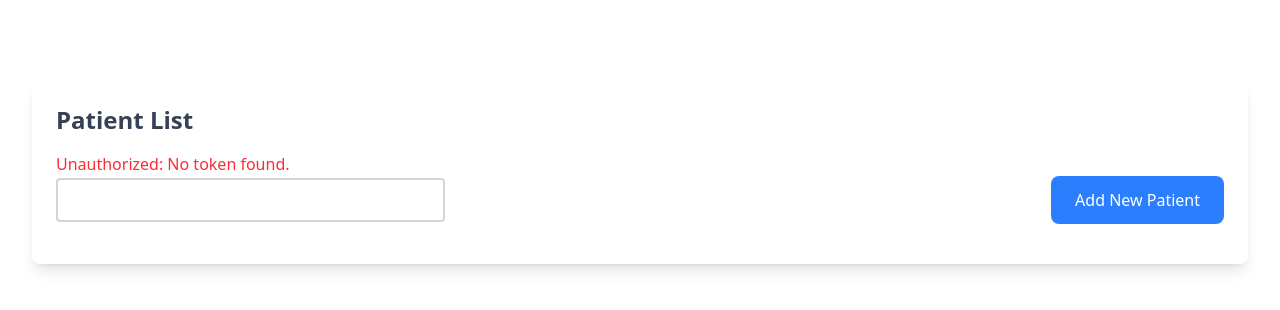
Repository: AnksapuramHarsha/nest_frontend_users
Page: /patients_list
An editor plug-in stored every save of this project. The page is shown before and after a run of saves, followed by the edit.
The browser window is 1280 px wide. The pictures show the whole page.
The project was rebuilt for these pictures with package versions that can differ from the ones it lists, and the page was loaded fresh each time. Also part of the build but not shown: vite.config.ts, src/apis/api.ts, src/pages/Login.tsx, src/pages/Dashboard.tsx, src/components/Navbar.tsx, src/components/UserList.tsx, src/pages/Register.tsx, src/pages/HomePage.tsx.

Above is the page before, as saved 2025-03-12 15:37:10.

### src/main.tsx
import { StrictMode } from 'react';
import { createRoot } from 'react-dom/client'; // For React 18
import './index.css'; // Your styles
import App from './App'; // Import your main App component
import { AuthProvider } from './contexts/AuthContext'; // Ensure the correct import path

// Ensure your 'root' element exists in your index.html file
const rootElement = document.getElementById('root') as HTMLElement;

createRoot(rootElement).render(
  <StrictMode>
    <AuthProvider>
      <App />
    </AuthProvider>
  </StrictMode>
);

### src/App.tsx
import { BrowserRouter as Router, Route, Routes } from 'react-router-dom';
import { ToastContainer } from "react-toastify"; // ✅ Import ToastContainer
import "react-toastify/dist/ReactToastify.css";
import {useAuth } from './contexts/AuthContext';
import Login from './pages/Login';
import Dashboard from './pages/Dashboard';
import Navbar from './components/Navbar';
import UserList from './components/UserList';
import Register from './pages/Register';
import HomePage from './pages/HomePage';
import PatientPage from './pages/PatientPage';

function App() {
  const { accessToken } = useAuth();

  return (

      <Router>
        {/* Render Navbar only if accessToken exists (user is logged in) */}
        {accessToken && <Navbar />}

        <Routes>
          <Route path="/" element={<HomePage/>} />
          <Route path="/login" element={<Login />} />
          <Route path="/register" element={<Register/>} />
          <Route path="/dashboard" element={<Dashboard />} />
          <Route path="/userlist" element={<UserList />} />
          <Route path="/patients_list" element={<PatientPage />} />
        </Routes>
        <ToastContainer position="top-right" autoClose={3000} hideProgressBar />
      </Router>

  );
}

export default App;

### src/contexts/AuthContext.tsx
import { createContext, useState, useContext, ReactNode } from 'react';

interface AuthContextType {
  accessToken: string | null;
  setAccessToken: (token: string | null) => void;
  user: any;
  setUser: (user: any) => void;
}

const AuthContext = createContext<AuthContextType | undefined>(undefined);

export const AuthProvider = ({ children }: { children: ReactNode }) => {
  const [accessToken, setAccessToken] = useState<string | null>(sessionStorage.getItem('accessToken') || null);
  const [user, setUser] = useState<any>(JSON.parse(sessionStorage.getItem('user') || 'null'));

  return (
    <AuthContext.Provider value={{ accessToken, setAccessToken, user, setUser }}>
      {children}
    </AuthContext.Provider>
  );
};

export const useAuth = (): AuthContextType => {
  const context = useContext(AuthContext);
  if (!context) {
    throw new Error('useAuth must be used within an AuthProvider');
  }
  return context;
};

### src/pages/PatientPage.tsx


// const PatientPage = () => {

//   return (
//     <div className="pt-20">
//       <h1>PatientList</h1>
//     </div>
//   )
// }

// export default PatientPage
import React from "react";
import PatientList from "../components/PatientList";
// import { useSearchParams } from "react-router-dom";

const PatientPage: React.FC = () => {
//   const [searchParams] = useSearchParams();
//   const networkId = searchParams.get("networkId") || "";
    const networkId = "550e8400-e29b-41d4-a716-446655440000"

  return (
    <div className="p-8 pt-20">
      {networkId ? (
        <PatientList networkId={networkId} />
      ) : (
        <p className="text-red-500">No Network ID provided.</p>
      )}
    </div>
  );
};

export default PatientPage;

### src/components/PatientList.tsx
import React, { useEffect, useState } from "react";
import { fetchPatientsByNetwork, deletePatient, updatePatient } from "../apis/patientApi";
import { Patient } from "../types/patient";
import { useAuth } from "../contexts/AuthContext";
import { toast } from "react-toastify";
import "react-toastify/dist/ReactToastify.css";
import { Link } from "react-router-dom";

interface PatientListProps {
    networkId: string;
}

const PatientList: React.FC<PatientListProps> = ({ networkId }) => {
    const { accessToken } = useAuth();
    const [searchTerm, setSearchTerm] = useState('');
    const [patients, setPatients] = useState<Patient[]>([]);
    const [loading, setLoading] = useState<boolean>(true);
    const [error, setError] = useState<string | null>(null);
    const [selectedPatient, setSelectedPatient] = useState<Patient | null>(null);
    const [isModalOpen, setIsModalOpen] = useState<boolean>(false);
    const [isEditModalOpen, setIsEditModalOpen] = useState<boolean>(false);
    const [editFormData, setEditFormData] = useState<Partial<Patient>>({});


    useEffect(() => {
        const loadPatients = async () => {
            if (!accessToken) {
                setError("Unauthorized: No token found.");
                setLoading(false);
                return;
            }

            try {
                const data = await fetchPatientsByNetwork(networkId, accessToken);
                setPatients(data);
            } catch (err) {
                setError("Failed to load patient data.");
            } finally {
                setLoading(false);
            }
        };

        loadPatients();
    }, [networkId, accessToken]);

    const handleView = (id: string) => {
        const patient = patients.find((p) => p.id === id);
        if (patient) {
            setSelectedPatient(patient);
            setIsModalOpen(true);
        } else {
            setError("Patient not found");
        }
    };

    const closeModal = () => {
        setIsModalOpen(false);
        setSelectedPatient(null);
    };

    const handleDelete = async (id: string) => {
        if (!accessToken) {
            toast.error("Unauthorized: No token found.");
            return;
        }

        const confirmDelete = window.confirm("Are you sure you want to delete this patient?");
        if (!confirmDelete) return;

        try {
            const message = await deletePatient(id, accessToken);
            toast.success(message, { position: "top-right", autoClose: 3000 });

            // Remove the deleted patient from the list without reloading
            setPatients((prev) => prev.filter((patient) => patient.id !== id));
        } catch (error) {
            toast.error("Error deleting patient: " + error.message, { position: "top-right", autoClose: 3000 });
        }
    };

    const handleEdit = (patient: Patient) => {
        setSelectedPatient(patient);
        setEditFormData(patient); // Set current patient data to form
        setIsEditModalOpen(true);
    };

    const handleEditChange = (e: React.ChangeEvent<HTMLInputElement>) => {
        const { name, value } = e.target;
        setEditFormData((prev) => ({ ...prev, [name]: value }));
    };

    const handleUpdate = async () => {
        if (!selectedPatient || !accessToken) return;

        try {
            const updatedPatient = await updatePatient(selectedPatient.id, editFormData, accessToken);
            // console.log(updatedPatient)
            toast.success("Patient updated successfully.", { position: "top-right", autoClose: 3000 });

            // ✅ Fetch updated data from backend
            const updatedPatients = await fetchPatientsByNetwork(networkId, accessToken);
            setPatients(updatedPatients);

            setIsEditModalOpen(false);
        } catch (error: any) {
            toast.error(error.message, { position: "top-right", autoClose: 3000 });
        }
    };



    return (
        <div className="p-6 bg-white shadow-lg rounded-lg">
            <h2 className="text-2xl font-semibold text-gray-700 mb-4">Patient List</h2>

            {loading && <p className="text-gray-600">Loading...</p>}
            {error && <p className="text-red-500">{error}</p>}

            {!loading && !error && patients.length === 0 && (
                <p className="text-gray-600">No patients found.</p>
            )}

            <div className="mb-4 flex justify-between items-center">
                <input
                    type="text"
                    value={searchTerm}
                    onChange={(e) => setSearchTerm(e.target.value)}
                    placeholder="Search patients..."
                    className="px-4 py-2 border-2 border-gray-300 hover:border-gray-800 text-white focus:border-blue-00 focus:outline-none rounded w-1/3"
                />
                <Link to="/create">
                    <button className="bg-blue-500 text-white px-6 py-3 rounded-lg hover:bg-blue-600 transition-colors duration-300">
                        Add New Patient
                    </button>
                </Link>

            </div>

            {!loading && !error && patients.length > 0 && (
                <div className="overflow-x-auto">
                    <table className="min-w-full border border-gray-300">
                        <thead>
                            <tr className="bg-gray-100">
                                <th className="border border-gray-300 px-4 py-2">ID</th>
                                <th className="border border-gray-300 px-4 py-2">ABHA</th>
                                <th className="border border-gray-300 px-4 py-2">MRN</th>
                                <th className="border border-gray-300 px-4 py-2">First Name</th>
                                <th className="border border-gray-300 px-4 py-2">Last Name</th>
                                <th className="border border-gray-300 px-4 py-2">Birth Date</th>
                                <th className="border border-gray-300 px-4 py-2">Gender</th>
                                <th className="border border-gray-300 px-4 py-2">Phone</th>
                                <th className="border border-gray-300 px-4 py-2">Actions</th>
                            </tr>
                        </thead>
                        <tbody>
                            {patients.map((patient) => (
                                <tr key={patient.id} className="hover:bg-gray-50">
                                    <td className="border border-gray-300 px-4 py-2">{patient.id}</td>
                                    <td className="border border-gray-300 px-4 py-2">{patient.abha}</td>
                                    <td className="border border-gray-300 px-4 py-2">{patient.mrn}</td>
                                    <td className="border border-gray-300 px-4 py-2">{patient.nameGiven}</td>
                                    <td className="border border-gray-300 px-4 py-2">{patient.nameFamily}</td>
                                    <td className="border border-gray-300 px-4 py-2">{patient.birthDate}</td>
                                    <td className="border border-gray-300 px-4 py-2">{patient.genderIdentity}</td>
                                    <td className="border border-gray-300 px-4 py-2">{patient.contact.phone}</td>
                                    <td className="border border-gray-300 px-4 py-2 flex space-x-2">
                                        <button
                                            onClick={() => handleView(patient.id)}
                                            className="px-3 py-1 bg-blue-500 text-white rounded hover:bg-blue-600"
                                        >
                                            View
                                        </button>
                                        <button
                                            onClick={() => handleEdit(patient)}
                                            className="px-3 py-1 bg-green-500 text-white rounded hover:bg-green-600"
                                        >
                                            Edit
                                        </button>
                                        <button
                                            onClick={() => handleDelete(patient.id)}
                                            className="px-3 py-1 bg-red-500 text-white rounded hover:bg-red-600"
                                        >
                                            Delete
                                        </button>
                                    </td>

                                </tr>
                            ))}
                        </tbody>
                    </table>
                </div>
            )}
            {/* {view data of selected patient} */}
            {isModalOpen && selectedPatient && (
                <div className="fixed inset-0 flex items-center justify-center bg-white bg-opacity-80 backdrop-blur-md p-6">
                    <div className="bg-white p-6 rounded-lg shadow-lg w-1/3">
                        <h2 className="text-xl font-bold mb-4">Patient Details</h2>
                        <p><strong>ID:</strong> {selectedPatient.id}</p>
                        <p><strong>ABHA:</strong> {selectedPatient.abha}</p>
                        <p><strong>MRN:</strong> {selectedPatient.mrn}</p>
                        <p><strong>Name:</strong> {selectedPatient.nameGiven} {selectedPatient.nameFamily}</p>
                        <p><strong>Birth Date:</strong> {selectedPatient.birthDate}</p>
                        <p><strong>Gender:</strong> {selectedPatient.genderIdentity}</p>
                        <p><strong>Phone:</strong> {selectedPatient.contact.phone}</p>
                        <button
                            onClick={closeModal}
                            className="mt-4 px-4 py-2 bg-red-500 text-white rounded hover:bg-red-600"
                        >
                            Close
                        </button>
                    </div>
                </div>
            )}

            {/* Edit Patient Modal */}
            {isEditModalOpen && selectedPatient && (
                <div className="fixed inset-0 flex items-center justify-center bg-white bg-opacity-80 backdrop-blur-md p-6">
                    <div className="bg-white p-6 rounded-lg shadow-lg w-1/3">
                        <h2 className="text-xl font-bold mb-4">Edit Patient</h2>
                        <input type="text" name="nameGiven" value={editFormData.nameGiven || ""} onChange={handleEditChange} className="w-full p-2 border rounded mb-4" />
                        <input type="text" name="nameFamily" value={editFormData.nameFamily || ""} onChange={handleEditChange} className="w-full p-2 border rounded mb-4" />
                        <input type="text" name="birthDate" value={editFormData.birthDate || ""} onChange={handleEditChange} className="w-full p-2 border rounded mb-4" />
                        <input type="text" name="genderIdentity" value={editFormData.genderIdentity || ""} onChange={handleEditChange} className="w-full p-2 border rounded mb-4" />
                        <input type="text" name="contact.phone" value={editFormData.contact?.phone || ""} onChange={handleEditChange} className="w-full p-2 border rounded mb-4" />
                        <button onClick={handleUpdate} className="px-4 py-2 bg-blue-500 text-white rounded">Save</button>
                        <button onClick={() => setIsEditModalOpen(false)} className="px-4 py-2 bg-red-500 text-white rounded">Cancel</button>
                    </div>
                </div>
            )}
        </div>
    );
};

export default PatientList;

### src/apis/patientApi.ts
import axios from "axios";
import { Patient } from "../types/patient";

const API_BASE_URL = "http://127.0.0.1:3000";

export const fetchPatientsByNetwork = async (networkId: string, accessToken: string): Promise<Patient[]> => {
  try {
    if (!accessToken) {
      throw new Error("No access token provided.");
    }

    console.log("🔹 Sending request with token:", accessToken); // Debugging log

    const response = await axios.get(`${API_BASE_URL}/patients`, {
      params: { networkId },
      headers: {
        Authorization: `Bearer ${accessToken}`, // 🔥 Pass token in header
      },
    });

    console.log("✅ API Response:", response.data);

    if (response.status === 200) {
      return response.data.map((patient: any) => ({
        id: patient.id,
        abha: patient.abha,
        mrn: patient.mrn,
        nameGiven: patient.nameGiven,
        nameFamily: patient.nameFamily,
        birthDate: patient.birthDate,
        genderIdentity: patient.genderIdentity,
        contact: {
          phone: patient.contact?.phone || "N/A",
        },
      }));
    } else {
      throw new Error("Unexpected response status: " + response.status);
    }
  } catch (error: any) {
    console.error("❌ API Error:", error.response?.status, error.response?.data);
    throw error;
  }
};

export const deletePatient = async (id: string, accessToken: string): Promise<string> => {
    try {
      const response = await axios.delete(`${API_BASE_URL}/patients/${id}`, {
        headers: {
          Authorization: `Bearer ${accessToken}`,
        },
      });

      if (response.status === 204) {
        return "Patient deleted successfully.";
      } else {
        return "Patient not found.";
      }
    } catch (error: any) {
      console.error("Error deleting patient:", error);
      throw new Error(error.response?.data?.message || "Failed to delete patient.");
    }
  };

//   export const updatePatient = async (id: string, updatedData: Partial<Patient>, accessToken: string): Promise<string> => {
//     try {
//       const response = await axios.patch(`${API_BASE_URL}/patients/${id}`, updatedData, {
//         headers: { Authorization: `Bearer ${accessToken}` },
//       });

//       return "Patient updated successfully.";
//     } catch (error: any) {
//       console.error("Error updating patient:", error);
//       throw new Error(error.response?.data?.message || "Failed to update patient.");
//     }
//   };
export const updatePatient = async (id: string, updatedData: Partial<Patient>, accessToken: string): Promise<Patient> => {
    try {
      const response = await axios.patch(`${API_BASE_URL}/patients/${id}`, updatedData, {
        headers: { Authorization: `Bearer ${accessToken}` },
      });

      return response.data; // ✅ Return updated patient data from backend
    } catch (error: any) {
      console.error("Error updating patient:", error);
      throw new Error(error.response?.data?.message || "Failed to update patient.");
    }
  };

Loaded but not shown: index.html (common file); src/index.css (common file)

After the next 4 saves:
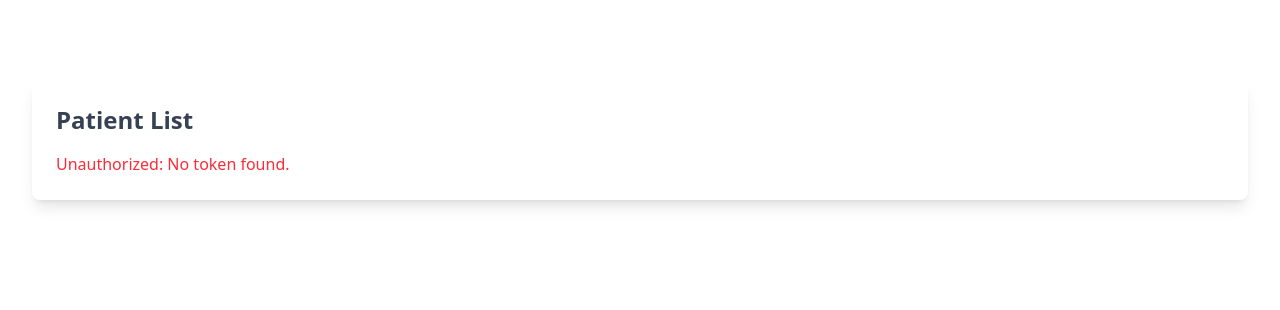
The 4 saves are shown as one change because they came seconds apart.
The last was saved 100 s later.
--- a/src/components/PatientList.tsx
+++ b/src/components/PatientList.tsx
@@ -1,10 +1,9 @@
 import React, { useEffect, useState } from "react";
-import { fetchPatientsByNetwork, deletePatient, updatePatient } from "../apis/patientApi";
+import { fetchPatientsByNetwork, deletePatient,updatePatient } from "../apis/patientApi";
 import { Patient } from "../types/patient";
 import { useAuth } from "../contexts/AuthContext";
 import { toast } from "react-toastify";
 import "react-toastify/dist/ReactToastify.css";
-import { Link } from "react-router-dom";
 
 interface PatientListProps {
     networkId: string;
@@ -12,7 +11,6 @@
 
 const PatientList: React.FC<PatientListProps> = ({ networkId }) => {
     const { accessToken } = useAuth();
-    const [searchTerm, setSearchTerm] = useState('');
     const [patients, setPatients] = useState<Patient[]>([]);
     const [loading, setLoading] = useState<boolean>(true);
     const [error, setError] = useState<string | null>(null);
@@ -120,21 +118,7 @@
                 <p className="text-gray-600">No patients found.</p>
             )}
 
-            <div className="mb-4 flex justify-between items-center">
-                <input
-                    type="text"
-                    value={searchTerm}
-                    onChange={(e) => setSearchTerm(e.target.value)}
-                    placeholder="Search patients..."
-                    className="px-4 py-2 border-2 border-gray-300 hover:border-gray-800 text-white focus:border-blue-00 focus:outline-none rounded w-1/3"
-                />
-                <Link to="/create">
-                    <button className="bg-blue-500 text-white px-6 py-3 rounded-lg hover:bg-blue-600 transition-colors duration-300">
-                        Add New Patient
-                    </button>
-                </Link>
-
-            </div>
+
 
             {!loading && !error && patients.length > 0 && (
                 <div className="overflow-x-auto">
